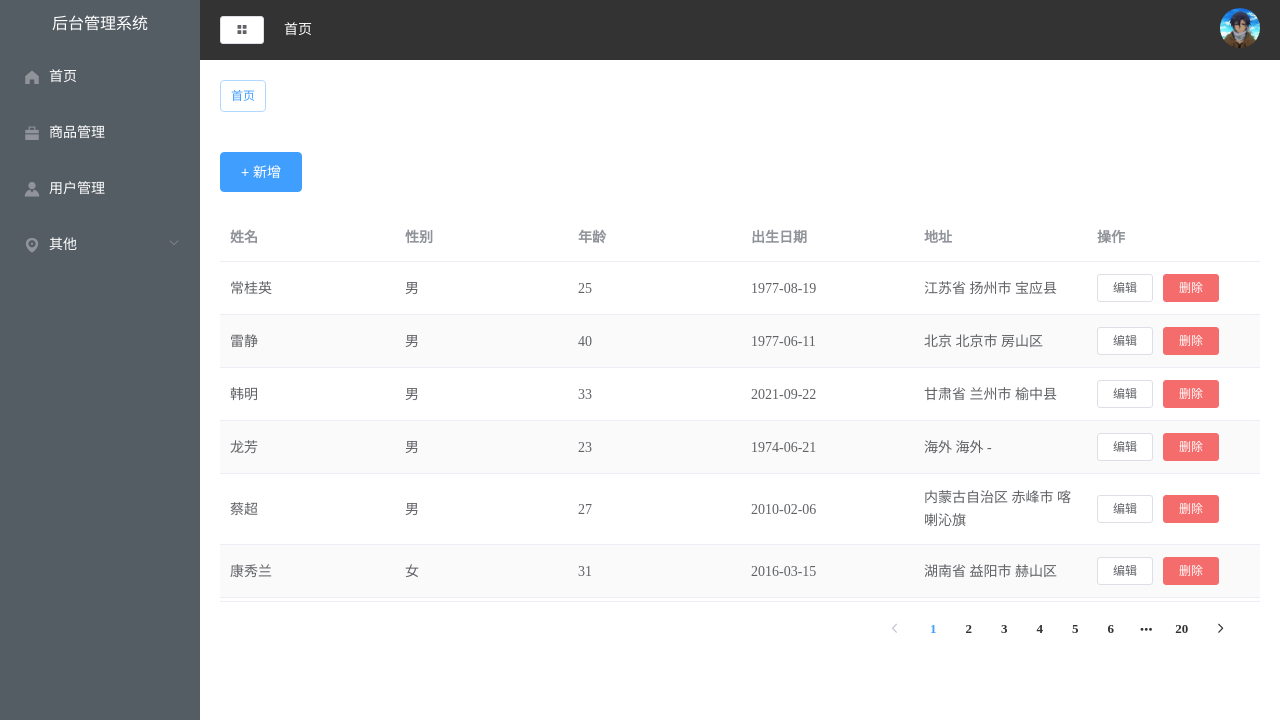
Repository: ldqml/ldqml.github.io
Page: /#/user
An editor plug-in stored every save of this project. The page is shown before and after the next save, followed by the edit.
The browser window is 1280 px wide. The pictures show the whole page.
An inner scrolling area shows only its first screen. The project was rebuilt for these pictures with package versions that can differ from the ones it lists, and the page was loaded fresh each time. Also part of the build but not shown: vue.config.js, src/views/Home.vue, src/views/Mall.vue, src/views/PageOne.vue, src/views/PageTwo.vue.

Above is the page before, as saved 2022-11-11 17:28:34.

### src/main.js
import Vue from 'vue'
import App from './App.vue'
import ElementUi from 'element-ui'
import 'element-ui/lib/theme-chalk/index.css'
import router from './router'
import store from './store'
import './api/mock'

Vue.use(ElementUi)
Vue.config.productionTip = false

new Vue({
  router,
  store,
  render: h => h(App),
}).$mount('#app')

### src/App.vue
<template>
  <div id="app">
    <!-- <el-row>
      <el-button disabled>默认按钮</el-button>
      <el-button type="primary" disabled>主要按钮</el-button>
      <el-button type="success" disabled>成功按钮</el-button>
      <el-button type="info" disabled>信息按钮</el-button>
      <el-button type="warning" disabled>警告按钮</el-button>
      <el-button type="danger" disabled>危险按钮</el-button>
    </el-row> -->
    <router-view></router-view>
  </div>
</template>

<script>
export default {
  name: "App",
  components: {},
};
</script>

<style lang="less">
html, body,h3,p{
  margin: 0;
  padding: 0;
}
</style>

### src/router/index.js
import Vue from 'vue'
import VueRouter from 'vue-router'
import User from '../views/User.vue'
import Home from '../views/Home.vue'
import Main from '../views/Main.vue'
import Mall from '../views/Mall.vue'
import PageOne from '../views/PageOne.vue'
import PageTwo from '../views/PageTwo.vue'

Vue.use(VueRouter)

const routes = [
    {
        path:'/',
        component:Main,
        redirect:'/home',
        children:[
            {
                path:'/',
                name:'home',
                component: Home
            },
            {
                path:'/user',
                name:'user',
                component: User
            },
            {
                path:'/mall',
                name:'mall',
                component: Mall
            },
            {
                path:'/page1',
                name:'page1',
                component: PageOne
            },
            {
                path:'/page2',
                name:'page2',
                component: PageTwo
            }
        ]
    }
]

const router = new VueRouter({
    routes
})

export default router

### src/store/index.js
import Vue from 'vue'
import Vuex from 'vuex'
import tab from './tab'

Vue.use(Vuex)

export default new Vuex.Store({
    modules:{
        tab
    }
})

### src/api/mock.js
import Mock from 'mockjs'
import homeApi from './mockServe/home'
import userApi from './mockServe/user'

Mock.mock('/api/home/getDate',homeApi.getStateDate)
Mock.mock('/api/user/add','post',userApi.createUser)
Mock.mock('/api/user/edit','post',userApi.updateUser)
Mock.mock('/api/user/del','post',userApi.deleteUser)
Mock.mock(/api\/user\/getUser/,userApi.getUserList)

### src/views/User.vue
<template>
  <div class="manage">
    <el-dialog
      title="提示"
      :visible.sync="dialogVisible"
      width="35%"
      :before-close="handleClose"
    >
      <el-form
        ref="form"
        :rules="rules"
        :inline="true"
        :model="form"
        label-width="80px"
      >
        <el-form-item label="姓名" prop="name">
          <el-input placeholder="请输入姓名" v-model="form.name"></el-input>
        </el-form-item>
        <el-form-item label="年龄" prop="age">
          <el-input placeholder="请输入年龄" v-model="form.age"></el-input>
        </el-form-item>
        <el-form-item label="性别" prop="sex">
          <el-select v-model="form.sex" placeholder="请选择">
            <el-option label="男" :value="1"></el-option>
            <el-option label="女" :value="0"></el-option>
          </el-select>
        </el-form-item>
        <el-form-item label="出生日期" prop="birth">
          <el-col :span="11">
            <el-date-picker
              type="date"
              placeholder="选择日期"
              v-model="form.birth"
              value-format="yyyy-MM-dd"
            ></el-date-picker>
          </el-col>
        </el-form-item>
        <el-form-item label="地址" prop="addr">
          <el-input placeholder="请输入地址" v-model="form.addr"></el-input>
        </el-form-item>
      </el-form>
      <span slot="footer" class="dialog-footer">
        <el-button @click="canc">取 消</el-button>
        <el-button type="primary" @click="submit">确 定</el-button>
      </span>
    </el-dialog>
    <div class="manage-header">
      <el-button @click="newMessage()" type="primary"> + 新增 </el-button>
      <el-form :model="userForm">
        <el-form-item></el-form-item>
      </el-form>
    </div>
    <div class="common-tabel">
      <el-table height="90%" stripe :data="tableData" style="width: 100%">
        <el-table-column prop="name" label="姓名"> </el-table-column>
        <el-table-column prop="sex" label="性别">
          <template slot-scope="scope">
            <span>
              {{ scope.row.sex == 1 ? "男" : "女" }}
            </span>
          </template>
        </el-table-column>
        <el-table-column prop="age" label="年龄"> </el-table-column>
        <el-table-column prop="birth" label="出生日期"> </el-table-column>
        <el-table-column prop="addr" label="地址"> </el-table-column>
        <el-table-column prop="sex" label="操作">
          <template slot-scope="scope">
            <el-button size="mini" @click="handleEdit(scope.row)"
              >编辑</el-button
            >
            <el-button
              type="danger"
              size="mini"
              @click="handleDelete(scope.row)"
              >删除</el-button
            >
          </template>
        </el-table-column>
      </el-table>
      <div class="pager">
        <el-pagination
          layout="prev, pager, next"
          :total="total"
          @current-change="handlePage"
        >
        </el-pagination>
      </div>
    </div>
  </div>
</template>
<script>
import { getUser, addUser, editUser, delUser } from "../api";
export default {
  data() {
    return {
      dialogVisible: false,
      form: {
        name: "",
        age: "",
        sex: "",
        birth: "",
        addr: "",
      },
      rules: {
        name: [{ required: true, message: "请输入姓名" }],
        age: [{ required: true, message: "请输入年龄" }],
        sex: [{ required: true, message: "请选择性别" }],
        birth: [{ required: true, message: "请选择生日" }],
        addr: [{ required: true, message: "请输入地址" }],
      },
      tableData: [],
      editOrNew: 0,
      total: 0,
      pageData: {
        page: 1,
        limit: 10,
      },
      userForm:{
        name:''
      }
    };
  },
  methods: {
    submit() {
      this.$refs.form.validate((valid) => {
        if (valid) {
          if (this.editOrNew === 0) {
            addUser(this.form).then(() => {
              this.getList();
            });
          } else {
            editUser(this.form).then(() => {
              this.getList();
            });
          }
          this.$refs.form.resetFields();
          this.dialogVisible = false;
        }
      });
    },
    handleClose() {
      this.$refs.form.resetFields(), (this.dialogVisible = false);
    },
    canc() {
      this.handleClose();
    },
    handleEdit(row) {
      this.editOrNew = 1;
      this.dialogVisible = true;
      this.form = JSON.parse(JSON.stringify(row));
    },
    handleDelete(row) {
      this.$confirm("此操作将永久删除信息, 是否继续?", "提示", {
        confirmButtonText: "确定",
        cancelButtonText: "取消",
        type: "warning",
      })
        .then(() => {
          delUser({ id: row.id }).then(() => {
            this.$message({
              type: "success",
              message: "删除成功!",
            });
            this.getList();
          });
        })
        .catch(() => {
          this.$message({
            type: "info",
            message: "已取消删除",
          });
        });
    },
    newMessage() {
      this.dialogVisible = true;
      this.editOrNew = 0;
    },
    getList() {
      getUser({ params: {...this.userForm,...this.pageData} }).then(({ data }) => {
        console.log(data);
        this.tableData = data.list;
        this.total = data.count || 0;
      });
    },
    handlePage(val) {
      this.pageData.page = val;
      this.getList();
    },
  },
  mounted() {
    this.getList();
  },
};
</script>

<style lang="less" scoped>
.manage {
  height: 90%;
  .common-tabel{
    position: relative;
    height: calc(100% - 62px);
    .pager{
      position: absolute;
      bottom: 0;
      right: 20px;
    }
  }
}
</style>

### src/views/Main.vue
<template>
  <div>
    <el-container>
      <el-aside width="auto">
        <com-aside></com-aside>
      </el-aside>
      <el-container>
        <el-header>
          <com-header></com-header>
        </el-header>
        <common-tag></common-tag>
        <el-main>
            <router-view></router-view>
        </el-main>
      </el-container>
    </el-container>
  </div>
</template>
<script>
import ComAside from '../components/ComAside.vue'
import ComHeader from '../components/ComHeader.vue'
import CommonTag from '../components/CommonTag.vue'
export default {
  data() {
    return {}
  },
  components:{
    ComAside,
    ComHeader,
    CommonTag
  }
};
</script>

<style scoped>
.el-header{
  padding: 0;
}
</style>

### src/store/tab.js
export default{
    state:{
        isCollapse:false,
        tabsList:[
            {
                path: '/',
                name: 'home',
                label: '首页',
                icon: 's-home',
                url: 'Home/Home'
              }
        ]
    },
    mutations:{
        collapseMenu(state){
            state.isCollapse= !state.isCollapse
        },
        selectMenu(state,val){
            if(val.name !== 'home'){
                const index = state.tabsList.findIndex(item => item.name === val.name);
                if(index === -1){
                    state.tabsList.push(val)
                }
            }
        },
        closeTag(state,item){
            console.log(item,'item')
            const index = state.tabsList.findIndex(val => val.name === item.name)
            state.tabsList.splice(index,1)
        }
    }
}

### src/api/mockServe/home.js
import Mock from 'mockjs'

let List = []
export default {
    getStateDate:()=>{
        for(let i=0; i<7;i++){
            List.push(
                Mock.mock({
                    苹果:Mock.Random.float(100,8000,0,0),
                    vivo:Mock.Random.float(100,8000,0,0),
                    OPPO:Mock.Random.float(100,8000,0,0),
                    华为:Mock.Random.float(100,8000,0,0),
                    三星:Mock.Random.float(100,8000,0,0),
                    小米:Mock.Random.float(100,8000,0,0)
                })
            )
        }
        return {
            code:20000,
            data:{
                videData:[
                    {
                        name:'小米',
                        value:2999
                    },
                    {
                        name:'苹果',
                        value:2000
                    },
                    {
                        name:'vivo',
                        value:1699
                    },
                    {
                        name:'OPPO',
                        value:4999
                    },
                    {
                        name:'华为',
                        value:3699
                    },
                    {
                        name:'三星',
                        value:2499
                    }
                ],
                userData:[
                    {
                        date:'周一',
                        new:5,
                        active:200
                    },
                    {
                        date:'周二',
                        new:5,
                        active:500
                    },
                    {
                        date:'周三',
                        new:20,
                        active:550
                    },
                    {
                        date:'周四',
                        new:66,
                        active:600
                    },
                    {
                        date:'周五',
                        new:20,
                        active:100
                    },
                    {
                        date:'周六',
                        new:65,
                        active:400
                    },
                    {
                        date:'周日',
                        new:10,
                        active:300
                    }
                ],
                orderData:{
                    date:[],
                    data:List
                },
                tableData:[
                    {
                        name:'vivo',
                        todayBuy:200,
                        monthBuy:550,
                        totalBuy:22400
                    },
                    {
                        name:'OPPO',
                        todayBuy:300,
                        monthBuy:250,
                        totalBuy:29400
                    },
                    {
                        name:'苹果',
                        todayBuy:100,
                        monthBuy:150,
                        totalBuy:42400
                    },
                    {
                        name:'三星',
                        todayBuy:400,
                        monthBuy:450,
                        totalBuy:12400
                    },
                    {
                        name:'华为',
                        todayBuy:400,
                        monthBuy:650,
                        totalBuy:32400
                    },
                    {
                        name:'小米',
                        todayBuy:300,
                        monthBuy:450,
                        totalBuy:62400
                    }
                ]
            }
        }
    }
}

### src/api/mockServe/user.js
import Mock from "mockjs";

function param2Obj(url){
    const search = url.split('?')[1]
    if(!search){
        return {}
    }
    return JSON.parse(
        '{"'+
        decodeURIComponent(search)
        .replace(/"/g, '\\"')
        .replace(/&/g,'","')
        .replace(/=/g,'":"') +
        '"}'
    )
}

let List = []
const count = 200
for(let i = 0; i < count; i++){
    List.push(
        Mock.mock({
            id:Mock.Random.guid(),
            name:Mock.Random.cname(),
            addr:Mock.mock('@county(true)'),
            'age|18-60':1,
            birth:Mock.Random.date(),
            sex:Mock.Random.integer(0,1)
        })
    )
}

export default {
    getUserList: config =>{
        const {name,page =1,limit =20} = param2Obj(config.url)
        console.log('name:'+name,'page:'+page,'分页大小limit:' +limit)
        const mockList = List.filter(user=>{
            if(name&&user.name.indexOf(name)===-1&&user.addr.indexOf(name)===-1) return false
            return true
        })
        const pageList =mockList.filter((item,index)=>index<limit*page&&index>=limit*(page-1))
        return{
            code:20000,
            count:mockList.length,
            list:pageList
        }
    },
    createUser:config=>{
        const {name,addr,age,birth,sex} = JSON.parse(config.body)
        console.log(JSON.parse(config.body))
        List.unshift({
            id:Mock.Random.guid(),
            name:name,
            addr:addr,
            age:age,
            birth:birth,
            sex:sex
        })
        return{
            code:20000,
            date:{
                message:'添加成功'
            }
        }
    },
    deleteUser:config=>{
        const {id} = JSON.parse(config.body)
        if(!id){
            return{
                code:-999,
                message:'参数不正确'
            }
        }else{
            List= List.filter(u => u.id !== id)
            return{
                code:20000,
                message:'删除成功'
            }
        }
    },
    batchremove:config=>{
        let {ids} = param2Obj(config.url)
        ids = ids.split(',')
        List = List.filter(u => !ids.includes(u.id))
        return{
            code:20000,
            data:{
                message:'批量删除成功'
            }
        }
    },
    updateUser:config=>{
        const {id,name,addr,birth,sex,age} = JSON.parse(config.body)
        const sex_num = parseInt(sex)
        List.some(u =>{
            if(u.id === id){
                u.name = name
                u.addr = addr
                u.birth = birth
                u.sex = sex_num
                u.age = age
                return true
            }
        })
        return{
            code:20000,
            data:{
                message:'编辑成功'
            }
        }
    }
}

### src/api/index.js
import http from './request'

export const getDate =() =>{
    return http.get('/home/getDate')
}

export const getUser =(params) =>{
    return http.get('/user/getUser',params)
}

export const addUser =(data) =>{
    return http.post('/user/add',data)
}

export const editUser =(data) =>{
    return http.post('/user/edit',data)
}

export const delUser =(data) =>{
    return http.post('/user/del',data)
}

### src/components/ComAside.vue
<template>
  <el-menu
    default-active="1-4-1"
    class="el-menu-vertical-demo"
    @open="handleOpen"
    @close="handleClose"
    :collapse="isCollapse"
    background-color="#545c64"
    text-color="#fff"
    active-text-color="#ffd04b"
  >
    <h3>{{isCollapse ? '后台' : '后台管理系统'}}</h3>
    <el-menu-item @click="toPage(item)" v-for="item in noChildren" :key='item.name' :index="item.name">
      <i :class="`el-icon-${item.icon}`"></i>
      <span slot="title">{{item.label}}</span>
    </el-menu-item>
    <el-submenu v-for="item in hasChildren" :key="item.label" :index="item.label">
      <template slot="title">
        <i class="el-icon-location"></i>
        <span slot="title">{{item.label}}</span>
      </template>
      <el-menu-item-group>
        <el-menu-item @click="toPage(subitem)" v-for="subitem in item.children" :key="subitem.name" :index="subitem.name">{{subitem.label}}</el-menu-item>
      </el-menu-item-group>
    </el-submenu>
  </el-menu>
</template>

<style lang="less" scoped>
.el-menu-vertical-demo:not(.el-menu--collapse) {
  width: 200px;
  min-height: 400px;
}
.el-menu{
  height: 100vh;
  h3{
    color: #fff;
    text-align: center;
    line-height: 48px;
    font-size: 16px;
    font-weight: 400;
  }
}
</style>

<script>
export default {
  data() {
    return {
      menuDate:[
        {
          path: '/',
          name: 'home',
          label: '首页',
          icon: 's-home',
          url: 'Home/Home'
        },
        {
          path: '/mall',
          name: 'mall',
          label: '商品管理',
          icon: 's-cooperation',
          url: 'MallManage/MallManage'
        },
        {
          path: '/user',
          name: 'user',
          label: '用户管理',
          icon: 's-custom',
          url: 'UserManage/UserManage'
        },
        {
          label: '其他',
          icon: 'location',
          children: [
            {
              path: '/page1',
              name: 'page1',
              label: '首页1',
              icon: 'setting',
              url: 'Other/PageOne'
            },
            {
              path: '/page2',
              name: 'page2',
              label: '首页2',
              icon: 'setting',
              url: 'Other/PageTwo'
            }
          ]
        }
      ]
    };
  },
  methods: {
    handleOpen(key, keyPath) {
      console.log(key, keyPath);
    },
    handleClose(key, keyPath) {
      console.log(key, keyPath);
    },
    toPage(item){
      if(this.$route.path != item.path && !(this.$route.path === '/home' && (item.path === '/'))){
        this.$router.push(item.path)
      }
      this.$store.commit('selectMenu',item)
    }
  },
  computed:{
    noChildren(){
        return this.menuDate.filter(item => !item.children)
    },
    hasChildren(){
        return this.menuDate.filter(item => item.children)
    },
    isCollapse(){
      return this.$store.state.tab.isCollapse
    }
  }
};
</script>

<style lang="less" scoped>
.el-menu{
  border-right: none;
}
</style>

### src/components/ComHeader.vue
<template>
  <div class="header-container">
    <div class="l-content">
      <el-button style="margin-right:20px" @click="handMenu" icon="el-icon-menu" size="mini"></el-button>
      <el-breadcrumb separator="/">
        <el-breadcrumb-item v-for="item in tags" :key="item.path" :to="{ path: item.path }">{{item.label}}</el-breadcrumb-item>
      </el-breadcrumb>
    </div>
    <div class="r-content">
      <el-dropdown>
        <span class="el-dropdown-link">
          <img class="user" src="../images/1.jpeg" alt="" />
        </span>
        <el-dropdown-menu slot="dropdown">
          <el-dropdown-item>个人中心</el-dropdown-item>
          <el-dropdown-item>退出</el-dropdown-item>
        </el-dropdown-menu>
      </el-dropdown>
    </div>
  </div>
</template>
<script>
import {mapState} from 'vuex'
export default {
  data() {
    return {};
  },
  methods: {
    handMenu() {
      this.$store.commit("collapseMenu");
    },
  },
  computed:{
    ...mapState({
      tags:state=>state.tab.tabsList
    })
  }
};
</script>

<style lang="less" scoped>
.header-container {
  padding: 0 20px;
  background-color: #333;
  height: 60px;
  display: flex;
  justify-content: space-between;
  align-items: center;
  .text {
    color: #fff;
    font-size: 14px;
    margin-left: 10px;
  }
  .r-content {
    .user {
      width: 40px;
      height: 40px;
      border-radius: 50%;
    }
  }
  .l-content {
    display: flex;
    align-items: center;
    /deep/.el-breadcrumb__item{
      .el-breadcrumb__inner{
        font-weight: normal;
        &.is-link{
          color: #666;
        }
      }
      &:last-child{
        .el-breadcrumb__inner{
          color: #fff;
        }
      }
    }
  }
}
</style>

### src/components/CommonTag.vue
<template>
  <div class="tabs">
    <el-tag
      v-for="(item,index) in tags"
      :key="item.path"
      :closable="item.name !== 'home'"
      :type="item.type"
      :effect="$route.name === item.name ? 'dark' : 'plain'"
      @click="changMenu(item)"
      @close="handleClose(item,index)"
    >
      {{ item.label }}
    </el-tag>
  </div>
</template>

<script>
import {mapState} from 'vuex'
import {mapMutations} from 'vuex'
export default {
    name:'ComTag',
    data() {
        return {

        }
    },
    computed:{
        ...mapState({
            tags:state=>state.tab.tabsList
        })
    },
    methods:{
      ...mapMutations(['closeTag']),
      changMenu(item){
        this.$router.push({name:item.name})
      },
      handleClose(item,index){
        this.closeTag(item)
        const length = this.tags.length
        if(item.name !== this.$route.name){
          return
        }
        if(index == length){
          this.$router.push({
            name:this.tags[index-1].name
          })
        }else{
          this.$router.push({
            name:this.tags[index].name
          })
        }
      }
    }
}
</script>

<style lang="less" scoped>
.tabs{
  padding: 20px;
  .el-tag{
    margin-right: 15px;
    cursor: pointer;
  }
}
</style>

### src/api/request.js
import axios from "axios";

const http = axios.create({
    baseURL:'/api',
    timeout:5000
})

http.interceptors.request.use(function(config){
    return config
},function(error){
    return Promise.reject(error)
})

http.interceptors.response.use(function(response){
    return response
},function(error){
    return Promise.reject(error)
})
export default http

Loaded but not shown: public/index.html (common file)

After the next save:
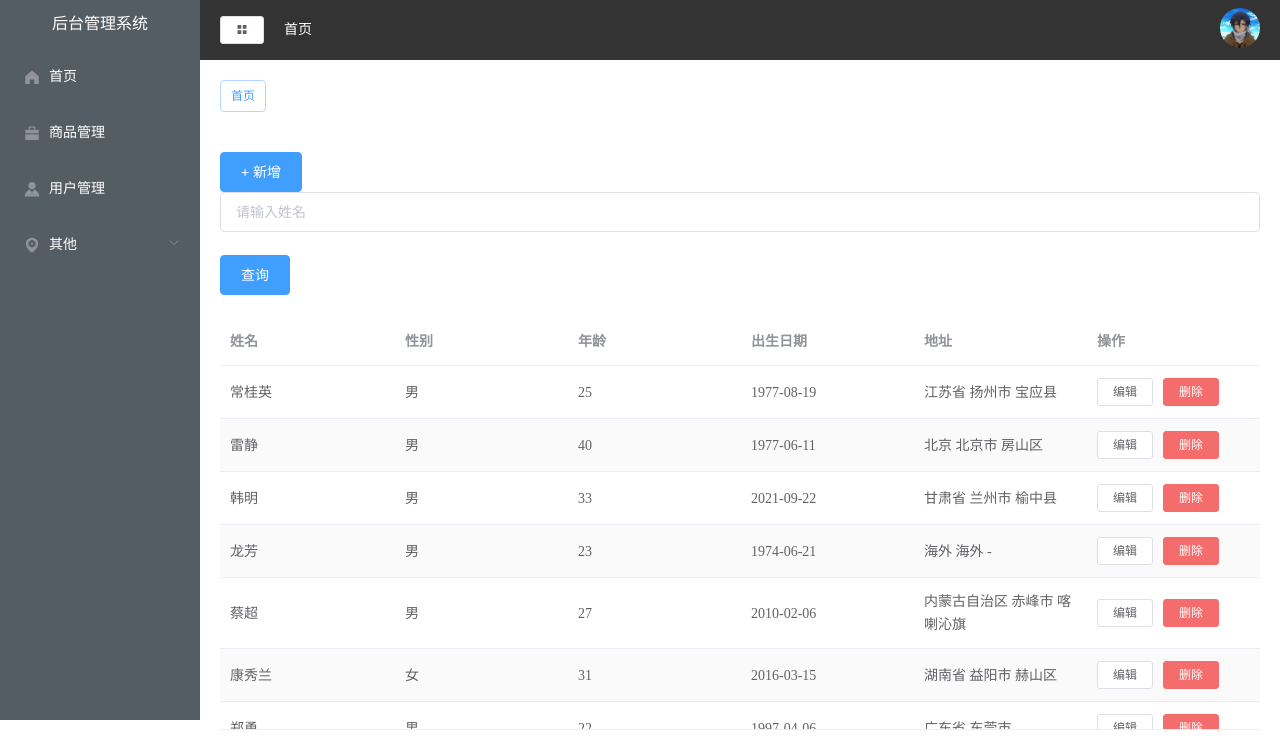
Saved 3 min 33 s later.
--- a/src/views/User.vue
+++ b/src/views/User.vue
@@ -47,7 +47,12 @@
     <div class="manage-header">
       <el-button @click="newMessage()" type="primary"> + 新增 </el-button>
       <el-form :model="userForm">
-        <el-form-item></el-form-item>
+        <el-form-item>
+          <el-input placeholder="请输入姓名" v-model="userForm.name"></el-input>
+        </el-form-item>
+        <el-form-item>
+          <el-button type="primary" @click="onSubmit">查询</el-button>
+        </el-form-item>
       </el-form>
     </div>
     <div class="common-tabel">
